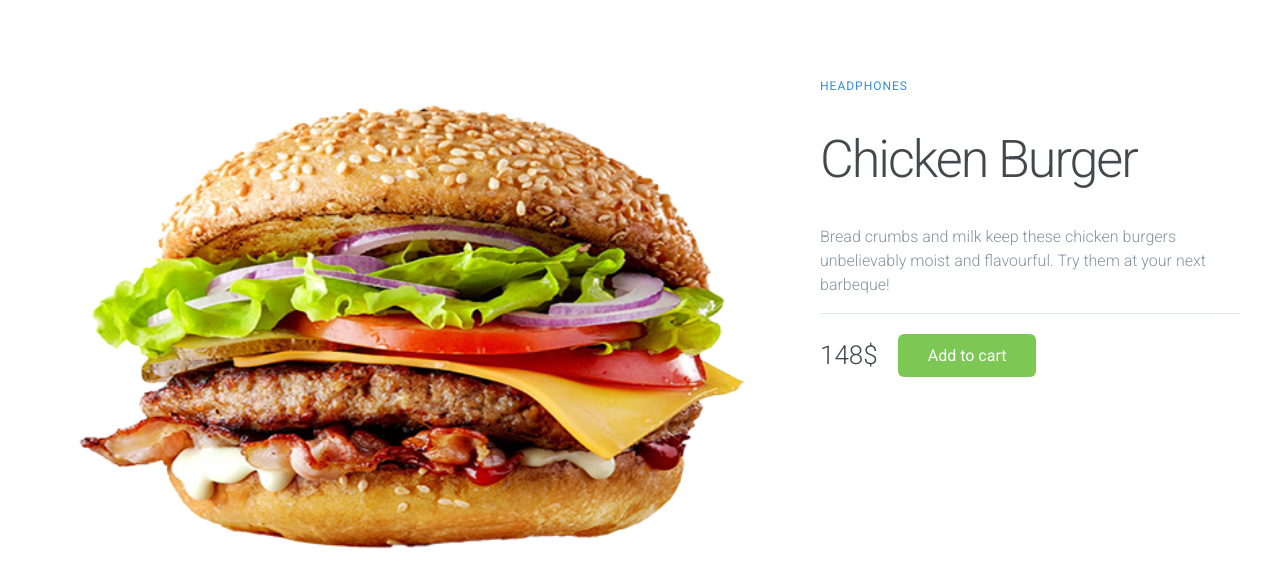
Repository: manishmachha/project-kitchenStory
Page: http://localhost/Phase_4_Kitchen_Story/products.jsp
These files come from the project's save history. The page is drawn as it stood at one moment and after the next save; the edit follows.
The browser window is 1280 px wide. The pictures show the whole page.
Some web libraries are served in a nearby version. The page is served by Tomcat 10. Other server files are loaded and not shown.

Above is the page before, as saved 2022-03-11 05:41:00.

### Phase 4 Kitchen Story/src/main/webapp/products.jsp
<%@ page language="java" contentType="text/html; charset=ISO-8859-1"
    pageEncoding="ISO-8859-1"%>
<!DOCTYPE html>
<html>

<head>
    <meta charset="utf-8">
    <meta name="viewport" content="width=device-width, initial-scale=1">
    <title>Tutorial</title>
    <!-- Fonts -->
    <link href="https://fonts.googleapis.com/css?family=Roboto:300,400,500" rel="stylesheet">
    <!-- CSS -->
    <link href="style.css" rel="stylesheet">
    <meta name="robots" content="noindex,follow" />

</head>

<body>
    <main class="container">

        <!-- Left Column / Headphones Image -->
        <div class="left-column">
            <img data-image="red" class="active" src="images/burger-trending.png">
        </div>


        <!-- Right Column -->
        <div class="right-column">

            <!-- Product Description -->
            <div class="product-description">
                <span>Headphones</span>
                <h1>Chicken Burger</h1>
                <p>Bread crumbs and milk keep these chicken burgers unbelievably moist and flavourful. Try them at your next barbeque!</p>
            </div>

            <!-- Product Pricing -->
            <div class="product-price">
                <span>148$</span>
                <a href="#" class="cart-btn">Add to cart</a>
            </div>
        </div>
    </main>

    <!-- Scripts -->
    <script src="https://cdnjs.cloudflare.com/ajax/libs/jquery/3.1.1/jquery.min.js" charset="utf-8"></script>
    <script src="script.js" charset="utf-8"></script>
</body>

</html>

Loaded but not shown: Phase 4 Kitchen Story/src/main/webapp/style.css (common file); Phase 4 Kitchen Story/src/main/webapp/script.js (common file)

After the next save:
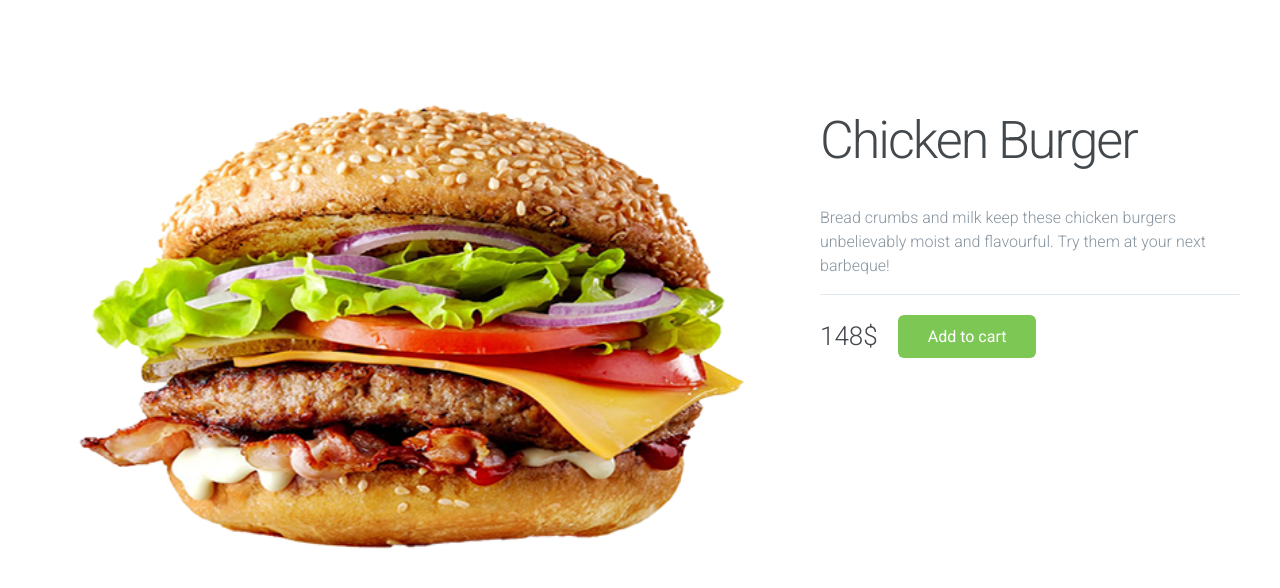
Saved 27 s later.
--- a/Phase 4 Kitchen Story/src/main/webapp/products.jsp
+++ b/Phase 4 Kitchen Story/src/main/webapp/products.jsp
@@ -29,7 +29,6 @@
 
             <!-- Product Description -->
             <div class="product-description">
-                <span>Headphones</span>
                 <h1>Chicken Burger</h1>
                 <p>Bread crumbs and milk keep these chicken burgers unbelievably moist and flavourful. Try them at your next barbeque!</p>
             </div>
